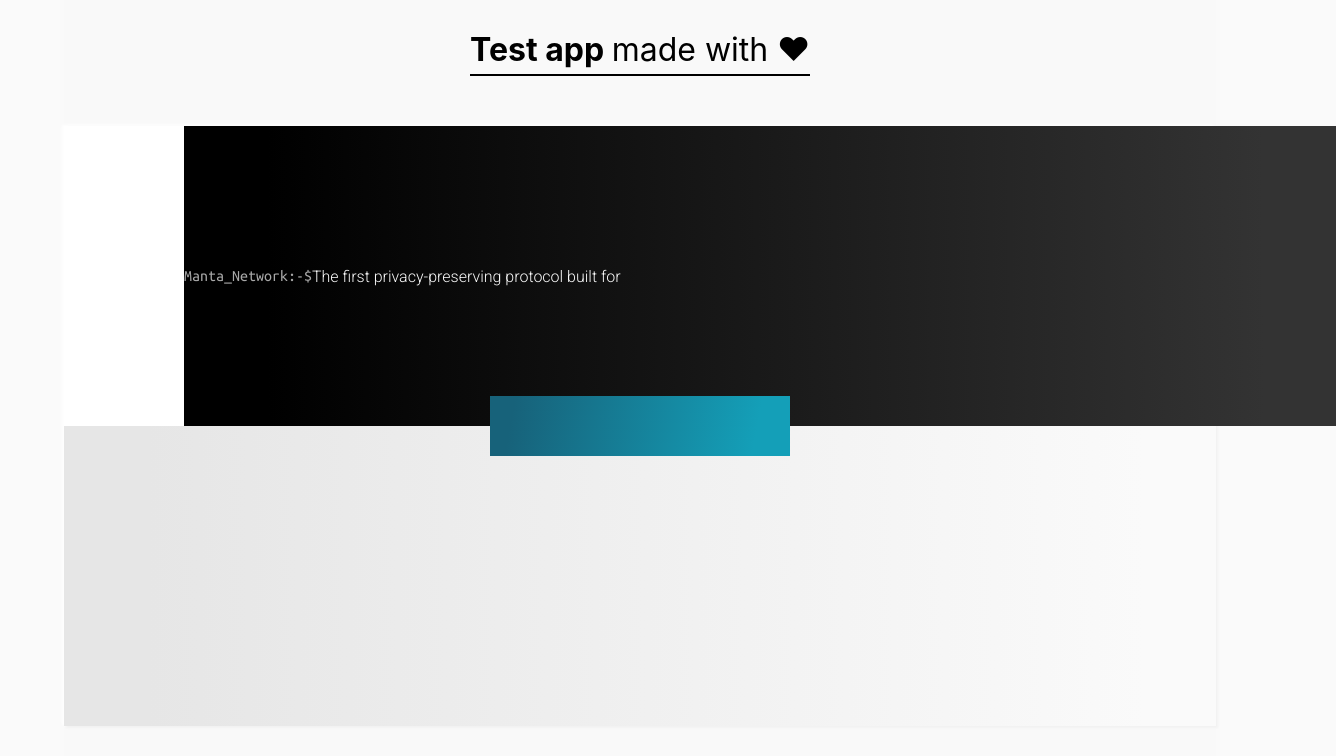
Repository: Khattak01/test-app
Page: /
An editor plug-in stored every save of this project. The page is shown before and after the next save, followed by the edit.
The browser window is 1280 px wide. The page is 1336 px wide, then 1280 px, so the pictures cover 1336 px, including what lies to the right of the window. The pictures show the whole page.
The project was rebuilt for these pictures with package versions that can differ from the ones it lists, and the page was loaded fresh each time.

Above is the page before, as saved 2021-05-12 08:17:51.

After the next save:
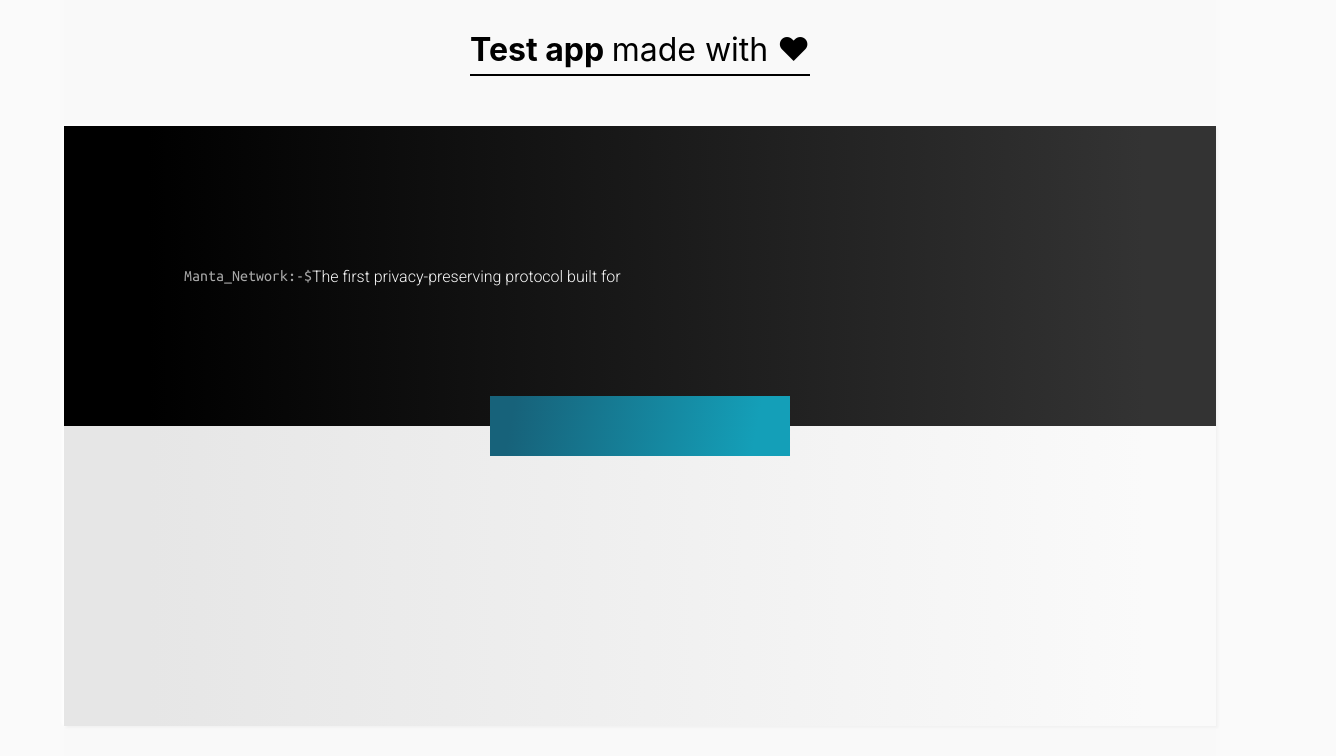
Saved 13 s later.
--- a/src/components/banner/Banner.module.css
+++ b/src/components/banner/Banner.module.css
@@ -18,7 +18,7 @@
 
   display: flex;
   align-items: center;
-  margin-left: 120px;
+  padding-left: 120px;
 
 }
 .banner__center{
